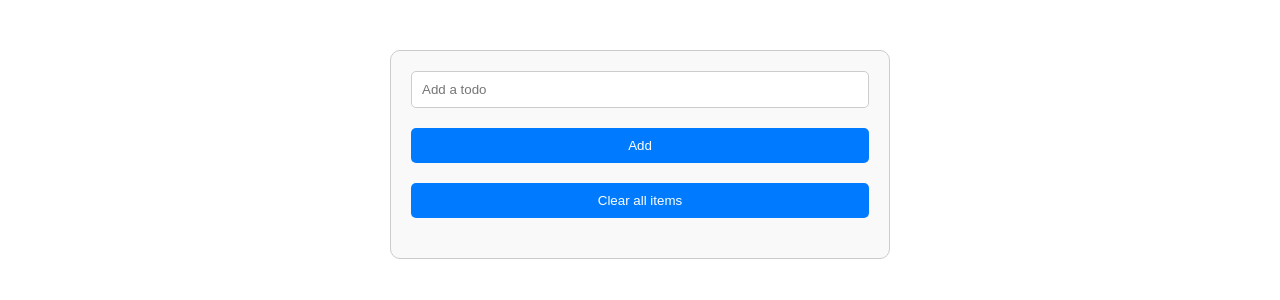
Repository: Fariadd/Vanilla-JS
Page: movieAPI/index.html
The author's editor kept a copy of each file at every save. The page is drawn from the files as they stood at one save, then again after the next save.
The browser window is 1280 px wide. The pictures show the whole page.

Above is the page before, as saved 2024-10-02 22:07:46.

### movieAPI/index.html
<!DOCTYPE html>
<html lang="en">
  <head>
    <meta charset="UTF-8" />
    <meta name="viewport" content="width=device-width, initial-scale=1.0" />
    <title>Document</title>
    <link rel="stylesheet" href="style.css" />
  </head>
  <body>
    <div class="container">
      <form class="form" action="">
        <input type="text" placeholder="Add a todo" class="input" />
        <button class="btn" type="submit">Add</button>
        <input
          type="text"
          class="input"
          placeholder="filter items"
          id="filter"
        />
        <button id="button" class="btn">Clear all items</button>
      </form>

      <ul class="card-list"></ul>
    </div>
    <script src="script.js"></script>
  </body>
</html>

### movieAPI/style.css
/* Basic reset */
* {
   margin: 0;
   padding: 0;
   box-sizing: border-box;
 }

 /* Container styling */
 .container {
   max-width: 500px;
   margin: 50px auto;
   padding: 20px;
   border: 1px solid #ccc;
   border-radius: 10px;
   background-color: #f9f9f9;

 }

 /* Form styling */
 .form {
   display: flex;
   flex-direction: column;
   justify-content: space-between;
   margin-bottom: 20px;
  row-gap: 20px;
 }

 .input {
   flex: 1;
   padding: 10px;
   border: 1px solid #ccc;
   border-radius: 5px;
   margin-right: 10px;
   width: 100%;

 }

 .btn {
   padding: 10px 20px;
   border: none;
   background-color: #007bff;
   color: white;
   border-radius: 5px;
   cursor: pointer;
 }

 .btn:hover {
   background-color: #0056b3;
 }

 /* Todo List */
 .card-list {
   list-style-type: none;
 }

 .card-list li {
   padding: 10px;
   border: 1px solid #ccc;
   border-radius: 5px;
   margin-bottom: 10px;
   display: flex;
   justify-content: space-between;
   align-items: center;
 }

 /* Remove button */
 .remove-btn {
   background-color: #dc3545;
   color: white;
   border: none;
   padding: 5px 10px;
   cursor: pointer;
   border-radius: 5px;
 }

 .remove-btn:hover {
   background-color: #c82333;
 }

### movieAPI/script.js
// const apiURL = "https://fakestoreapi.com/products";
// const container = document.querySelector(".container");

// const promice = async () => {
//   try {
//     const res = await fetch(apiURL);
//     if (!res.ok) throw new Error("wrror resp");
//     const data = await res.json();

//     data.forEach((user) => {
//       const div = document.createElement("div");
//       div.classList.add("card");

//       const titleText = document.createElement("h3");
//       titleText.classList.add("title");
//       titleText.textContent = user.title;

//       const img = document.createElement("img");
//       img.classList.add("image");
//       img.src = user.image;

//       div.appendChild(titleText);
//       div.appendChild(img);
//       container.appendChild(div);
//     });
//   } catch (err) {
//     console.log(err.message);
//   }
// };
// promice();

const input = document.querySelector(".input");
const form = document.querySelector(".form");
const cardList = document.querySelector(".card-list");
const filter = document.querySelector("#filter");
const button = document.querySelector("#button");

function displayItemFromStorage() {
  let itemFromStorage = getItemFromStorage();
  itemFromStorage.forEach((item) => {
    createTodo(item); // Reuse the createTodo function to display each item
  });
}

form.addEventListener("submit", (e) => {
  e.preventDefault();

  let inputValue = input.value.trim();
  if (inputValue === "") {
    alert("add a todo");
    return;
  }

  if (existingItem(inputValue)) {
    alert("Item already exists!");
    return;
  }
  createTodo(inputValue);
  addItemToStorage(inputValue);
  checkUI();
  input.value = "";
});
function createTodo(todoText) {
  const li = document.createElement("li");
  li.textContent = todoText;

  const btn = document.createElement("button");
  btn.textContent = "Remove";
  btn.classList.add("remove-btn");

  li.appendChild(btn);

  // Append the new todo item to the list
  cardList.appendChild(li);
}
function addItemToStorage(newItem) {
  let itemFromStorage = getItemFromStorage();
  itemFromStorage.push(newItem);
  localStorage.setItem("item", JSON.stringify(itemFromStorage));
}

function getItemFromStorage() {
  let itemFromStorage;
  if (localStorage.getItem("item") === null) {
    itemFromStorage = [];
  } else {
    itemFromStorage = JSON.parse(localStorage.getItem("item"));
  }
  return itemFromStorage;
}

function removeItemFromStorage(event) {
  if (event.target.classList.contains("remove-btn"))
    if (confirm("Delete")) {
      const li = event.target.parentElement;
      const textItem = li.textContent.replace("Remove", "");
      li.remove(); // remove from ui

      // update local storage
      let itemsFromStorage = getItemFromStorage();
      itemsFromStorage = itemsFromStorage.filter((item) => item !== textItem);
      localStorage.setItem("item", JSON.stringify(itemsFromStorage));
    }
  checkUI();
}

function existingItem(item) {
  let itemFromStorage = getItemFromStorage();
  return itemFromStorage.includes(item);
}

function filterItem(e) {
  const liLists = cardList.querySelectorAll("li");
  const event = e.target.value.toLowerCase();

  liLists.forEach((item) => {
    const text = item.textContent.toLowerCase();
    text.includes(event)
      ? (item.style.display = "flex")
      : (item.style.display = "none");
  });
}

function checkUI() {
  const liLists = cardList.querySelectorAll("li");
  if (liLists.length === 0) {
    filter.style.display = "none";
  } else {
    filter.style.display = "block";
  }
}

checkUI();
cardList.addEventListener("click", removeItemFromStorage);
filter.addEventListener("input", filterItem);
document.addEventListener("DOMContentLoaded", displayItemFromStorage);

After the next save:
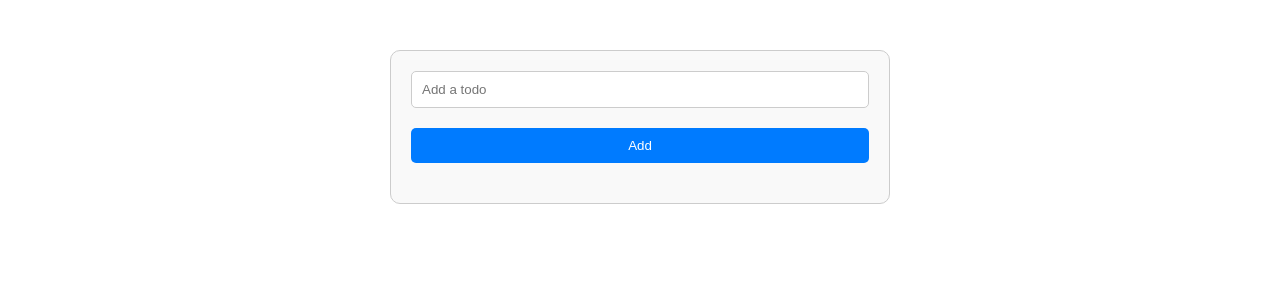
Saved 13 s later.
--- a/movieAPI/script.js
+++ b/movieAPI/script.js
@@ -125,8 +125,10 @@ function checkUI() {
   const liLists = cardList.querySelectorAll("li");
   if (liLists.length === 0) {
     filter.style.display = "none";
+    button.style.display = "none";
   } else {
     filter.style.display = "block";
+    button.style.display = "block";
   }
 }
 
